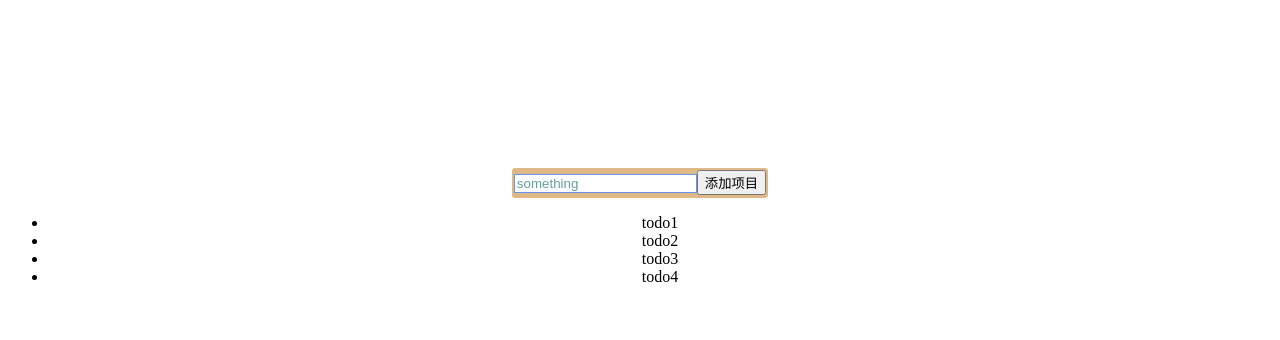
Repository: ArtemisWang/todolistProject
Page: /
The author's editor kept a copy of each file at every save. The page is drawn from the files as they stood at one save, then again after the next save.
The browser window is 1280 px wide. The pictures show the whole page.
The project was rebuilt for these pictures with package versions that can differ from the ones it lists, and the page was loaded fresh each time.

Above is the page before, as saved 2020-02-28 21:41:47.

### src/App.js
import React,{useState} from 'react';
import './App.css'
const App=function(){

    const [list, setList]=useState(['todo1','todo2','todo3','todo4'])
    const [content, setContent]=useState('something')

    function addItem(){
        setList([...list,content])
        setContent('')
    }

    function changeContent(e){
        setContent(e.target.value)
        return content
    }

    function deleteItem(i){
        setList(list.filter((x,index)=>index!==i))
    }

    return (
    <div className='app'>
        <div className='input'>
            <input onChange={changeContent} value={content} className='input-text'/>
            <button onClick={addItem}>添加项目</button>
        </div>
        <div className='u-list'>
            <ul>
                {list.map((it,i)=>(<li key={it+i} onClick={deleteItem.bind(this,i)}>{it}</li>))}
            </ul>
        </div>
    </div>)
}




export default App

### src/App.css
.app{
    text-align: center;
    padding-top: 10rem;
}

.input{
    display: block;
    background-color: burlywood;
    width: 16rem;
    margin-left:auto;
    margin-right:auto;
    padding-top: 0.1rem;
    padding-bottom: 0.2rem;
    border-radius: .2rem;
}

.input-text{
    color: cadetblue;
    border: cornflowerblue solid 1px;
    display: inline-flex;
}

Loaded but not shown: public/index.html (common file); src/index.js (common file)

After the next save:
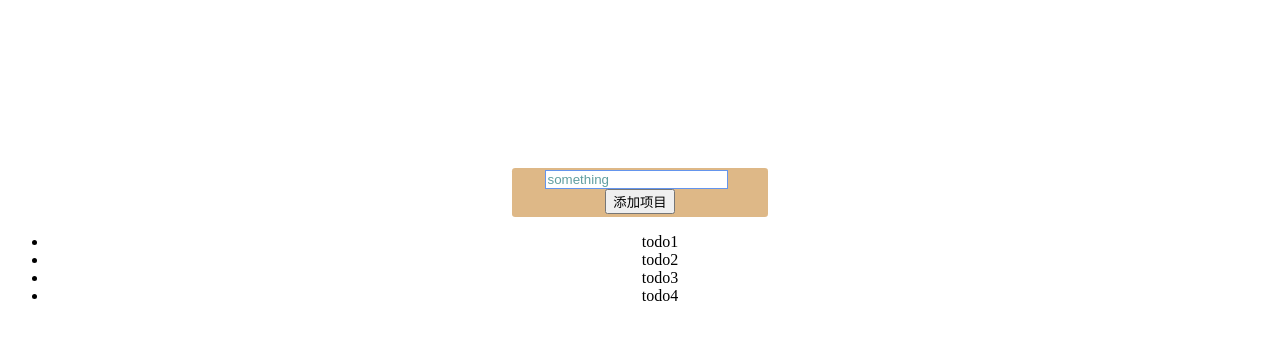
Saved 19 s later.
--- a/src/App.css
+++ b/src/App.css
@@ -18,4 +18,5 @@
     color: cadetblue;
     border: cornflowerblue solid 1px;
     display: inline-flex;
+    margin-right: .5rem;
 }
